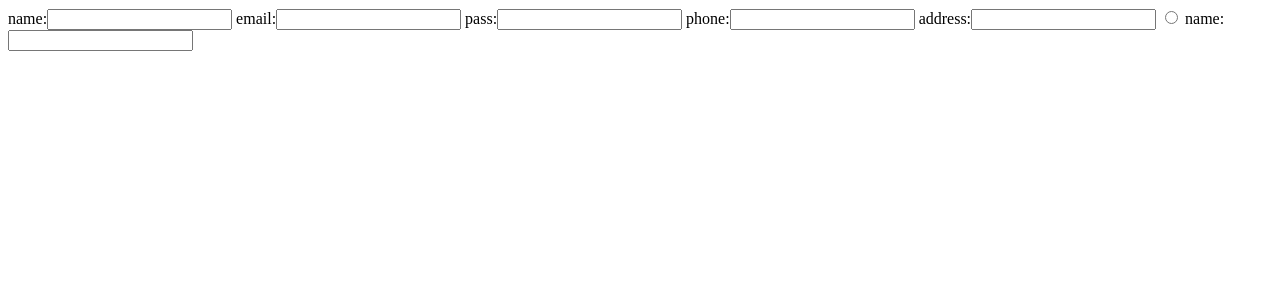
Repository: Ganesh9986320435/AllProjectsFromYestYantra
Page: http://localhost/mcdonaldsprojectjsp/signin.jsp
An editor plug-in stored every save of this project. The page is shown before and after a run of saves, followed by the edit.
The browser window is 1280 px wide. The pictures show the whole page.
The page is served by Tomcat 9.

Above is the page before, as saved 2023-01-31 10:44:43.

After the next 2 saves:
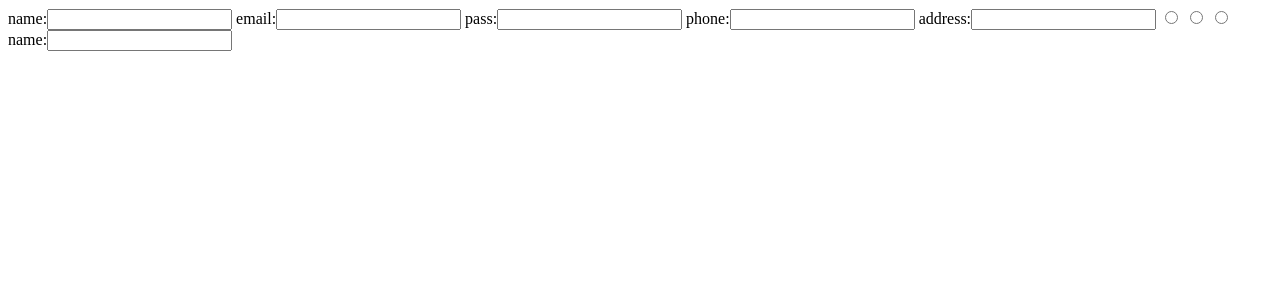
The 2 saves are shown as one change because they came seconds apart.
The last was saved 25 s later.
--- a/mcdonaldsprojectjsp/src/main/webapp/signin.jsp
+++ b/mcdonaldsprojectjsp/src/main/webapp/signin.jsp
@@ -14,7 +14,10 @@ pass:<input type="text" name="pass">
 phone:<input type="text" name="phone">
 address:<input type="text" name="address">
 <label for="role"></label>
-<input type="radio" name="role" value="">
+<input type="radio" name="role" value="manager">
+<input type="radio" name="role" value="manager">
+<input type="radio" name="role" value="manager">
+
 name:<input type="text" name="name">
 
 
